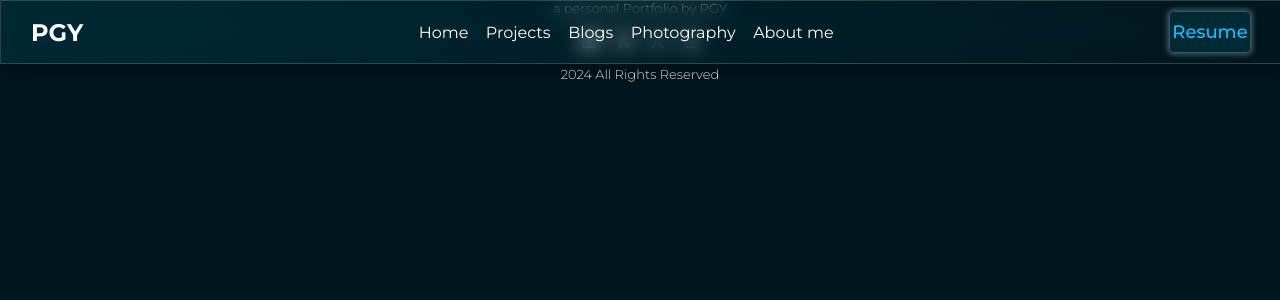
Repository: pgyunknown/pgyunknown
Page: photography.html
These files come from the project's save history. The page is drawn as it stood at one moment and after the next save; the edit follows.
The browser window is 1280 px wide. The pictures show the whole page.
Some web libraries are served in a nearby version.

Above is the page before, as saved 2024-08-22 10:43:42.

### photography.html
<!DOCTYPE html>
<html lang="en">
<head>
    <meta charset="UTF-8">
    <meta name="viewport" content="width=device-width, initial-scale=1.0">
    <title>Personal portfolio</title>
    <link rel="stylesheet" href="photography.css">
    <link rel="preconnect" href="https://fonts.googleapis.com">
<link rel="preconnect" href="https://fonts.gstatic.com" crossorigin>
<link href="https://fonts.googleapis.com/css2?family=Libre+Baskerville:ital,wght@0,400;0,700;1,400&family=Montserrat:ital,wght@0,100..900;1,100..900&family=Titillium+Web:ital,wght@0,200;0,300;0,400;0,600;0,700;0,900;1,200;1,300;1,400;1,600;1,700&display=swap" rel="stylesheet">
<link rel="stylesheet" href="https://cdnjs.cloudflare.com/ajax/libs/font-awesome/6.6.0/css/all.min.css" integrity="sha512-Kc323vGBEqzTmouAECnVceyQqyqdsSiqLQISBL29aUW4U/M7pSPA/gEUZQqv1cwx4OnYxTxve5UMg5GT6L4JJg==" crossorigin="anonymous" referrerpolicy="no-referrer" />
</head>
<body>

    <header>
        <div class="pgy_con">
                <div class="pgy"><a href="#">PGY</a></div>
        </div>
        <nav>
                <div class="nav_bar">
                <a href="#" id="home">Home</a>
                <a href="#"id="projects">Projects</a>
                <a href="blog.html"id="blogs">Blogs</a>
                <a href="#"id="photo">Photography</a>
                <a href="#"id="About">About me</a>
                </div>
            </nav>
        <div class="resume_con">
                <button onclick="alert('Resume yet to be uploaded')">Resume</button>
        </div>
    </header>
<footer>
        <div class="footer_port">a personal Portfolio by PGY</div>
        <div class="footer_icons">
            <a href="https://www.linkedin.com/in/p-gokul-yadav-82548a295?utm_source=share&utm_campaign=share_via&utm_content=profile&utm_medium=android_app" alt="Gokul's linkedin profile" target="_blank"><i class="fa-brands fa-linkedin"></i></a>
            <a href="https://github.com/pgyunknown" alt="Gokul Github profile" target="_blank" alt="Gokul's Github profile" ><i class="fa-brands fa-github"></i></a>
            <a href=" https://x.com/cody_hunk?t=EkARfGCWhhBT_BHbby4DGw&s=08 " target="_blank" alt="Gokul's X profile" ><i class="fa-brands fa-x" ></i></a>
            <a href="#" target="_blank" alt="Gokul's fa-instagram profile" ><i class="fa-brands fa-instagram" ></i></a>
        </div>
        <div class="copyrights">2024 All Rights Reserved</div>
    </footer>

<main>

</div>
</main>

</body>
</html>

### photography.css
*{margin: 0px;
    padding: 0px;
}
body{
    background-color: #00171F;
    color: white;
    box-sizing: border-box;


}
a{
    text-decoration: none;
    color: inherit;
}

header{
    display: flex;
    justify-content: space-between;
    align-items: center;
    padding: 10px;
    /* Glassy effect */
    background: linear-gradient(135deg, rgba(0, 200, 255, 0.1), rgba(255, 255, 255, 0));
    backdrop-filter: blur(10px);
    -webkit-backdrop-filter: blur(10px);
    border:1px solid rgba(255, 255, 255, 0.18);
    box-shadow: 0 8px 32px 0 rgba(0, 0, 0, 0.37);

    overflow: hidden;
    position: fixed; /* Set the navbar to fixed position */
    top: 0; /* Position the navbar at the top of the page */
    width: 100%;
}

.pgy_con
{
    margin-left: 20px;
    font-family: "Montserrat", sans-serif;
    font-optical-sizing: auto;
    font-size: x-large;
    font-weight: 700;
    font-style: normal;
    align-items: end;

}

.pgy_con .pgy a{
    text-decoration: none;
}
.nav_bar {
        /* height: 50px; */
    width: 500px;
    display: flex;
    justify-content: space-evenly;

    transition-property: all;
    transition-timing-function: ease-in-out;
    transition-delay: 1s;


}

.nav_bar a{
    box-sizing: border-box;
    font-family: "Montserrat", sans-serif;
    font-optical-sizing: auto;
    font-weight: 400;
    font-style: normal
    text-decoration: none;
    justify-content: space-around;
    align-items: center;
    padding-top:10px;
    padding-bottom :10px;
    /* padding-right:10px ;
    padding-left:10px ; */
}

.nav_bar a:hover{
    color: #FFC107;
    text-shadow: #FFC107 0px 0px  1px;
    border-bottom: 0.5px solid #FFC107;


}


.resume_con {
    display: flex;
    justify-content: center;
    margin-right: 20px;
    background-color: #00171F;
    margin-right: 40px;
}
.resume_con button{
    background-color:rgba(0, 200, 255, 0.1);
    box-sizing: content-box;
    height: 2.5rem;
    width: 5rem;
    font-family: "Montserrat", sans-serif;
    font-optical-sizing: auto;
    font-size: large;
    font-weight: 500;
    font-style: normal;
    color: #1ABEFF;
    border: 0.0001px solid #3c555f;
    border-radius: 0.3rem;
    box-shadow: 0px 0px 5px 2px #3c555f;

}

.container {
  position: relative;
  width: 50%;
}

.image {
  display: block;
  width: 100%;
  height: auto;
}

.overlay1 {
  position: absolute;
  top: 0;
  bottom: 0;
  left: 0;
  right: 0;
  height: 100%;
  width: 100%;
  opacity: 0;
  transition: .5s ease;
  background-color: #008CBA;
}

.container:hover .overlay {
  opacity: 1;
}

.text1 {
  color: white;
  font-size: 20px;
  position: absolute;
  top: 50%;
  left: 50%;
  -webkit-transform: translate(-50%, -50%);
  -ms-transform: translate(-50%, -50%);
  transform: translate(-50%, -50%);
  text-align: center;
}



footer{
    display: flex;
    flex-direction:column;
    justify-content: space-evenly;
    align-items: center;
    margin-bottom: 20px;

    font-family: "Montserrat", sans-serif;
    font-optical-sizing: auto;
    font-size: small;
    font-weight: 300;
    font-style: normal;
}

.footer_icons{
    display: flex;
    justify-content: center;
    align-items: center;
    width: 50px;
    height: 50px;
}



.copyrights{
    display: flex;
    justify-content: center;
    align-items: center;
}

.footer_icons a{
font-size: medium;
padding: 10px;
width: 50px;
height: 50px;
display: flex;
justify-content: center;
align-items: center;

}

@media (min-width:720px) {
    main {
        flex-direction: row;
        padding: 1rem;
        margin: 10rem;
    }

    .container img {
        height: 200px;
        width: 200px;
    }

    .text_intro {
        margin-left: 50px;
    }

    .nav_bar {
        width: 450px;
    }
}

After the next save:
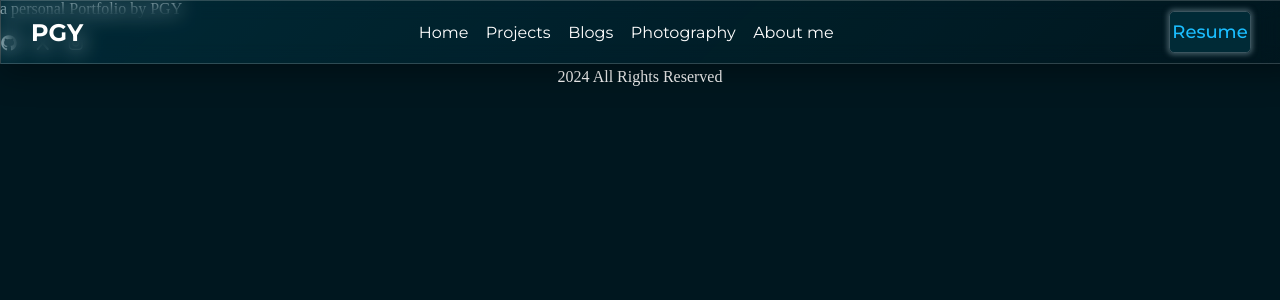
Saved 7 s later.
--- a/photography.css
+++ b/photography.css
@@ -107,44 +107,7 @@
 
 }
 
-.container {
-  position: relative;
-  width: 50%;
-}
-
-.image {
-  display: block;
-  width: 100%;
-  height: auto;
-}
-
-.overlay1 {
-  position: absolute;
-  top: 0;
-  bottom: 0;
-  left: 0;
-  right: 0;
-  height: 100%;
-  width: 100%;
-  opacity: 0;
-  transition: .5s ease;
-  background-color: #008CBA;
-}
-
-.container:hover .overlay {
-  opacity: 1;
-}
-
-.text1 {
-  color: white;
-  font-size: 20px;
-  position: absolute;
-  top: 50%;
-  left: 50%;
-  -webkit-transform: translate(-50%, -50%);
-  -ms-transform: translate(-50%, -50%);
-  transform: translate(-50%, -50%);
-  text-align: center;
+ext-align: center;
 }
 
 

After the save that followed:
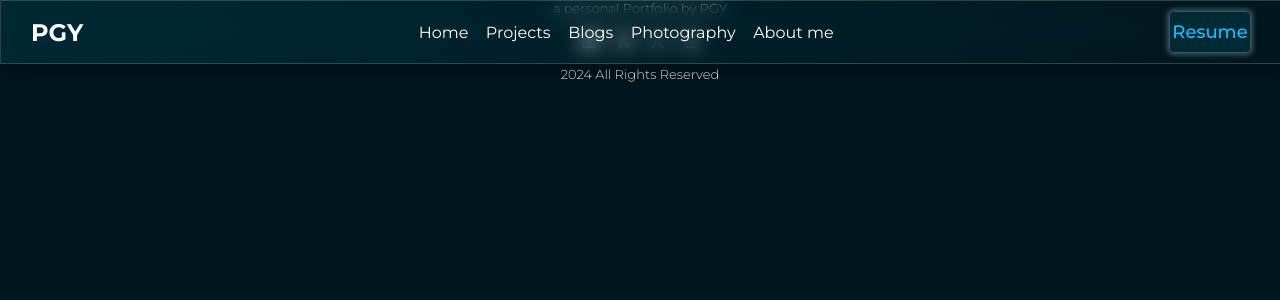
Saved 5 s later.
--- a/photography.css
+++ b/photography.css
@@ -107,8 +107,7 @@
 
 }
 
-ext-align: center;
-}
+
 
 
 
